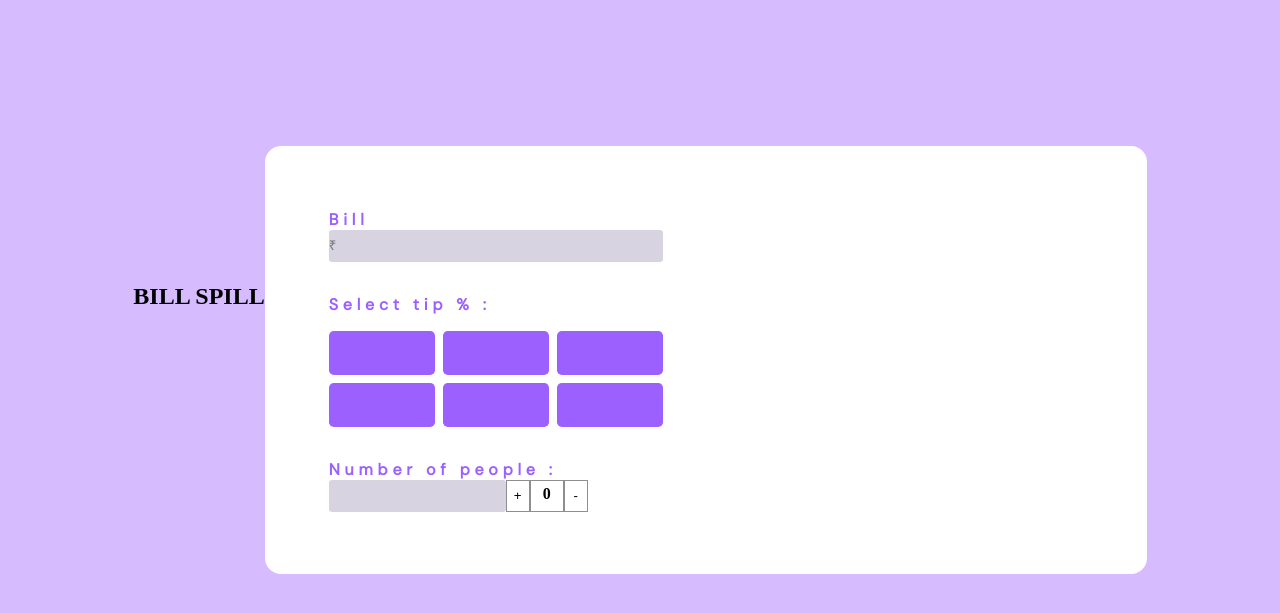
Repository: drumsmanku/micro-project-3
Page: index.html
The author's editor kept a copy of each file at every save. The page is drawn from the files as they stood at one save, then again after the next save.
The browser window is 1280 px wide. The pictures show the whole page.

Above is the page before, as saved 2023-04-17 18:19:56.

After the next save:
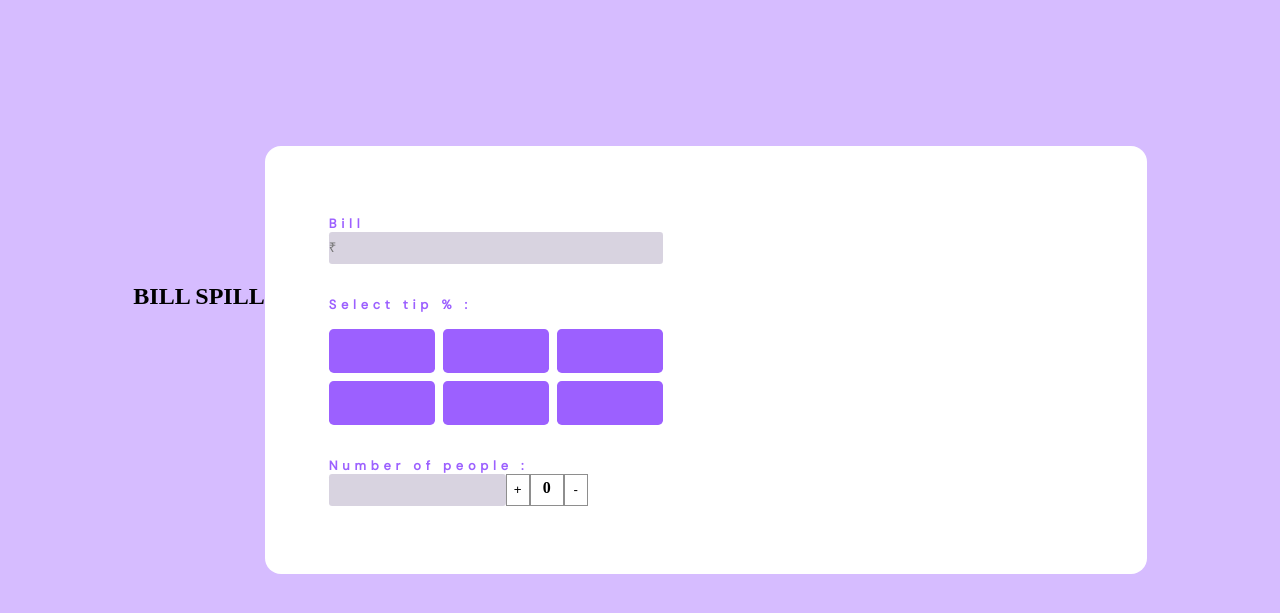
Saved 10 s later.
--- a/styles.css
+++ b/styles.css
@@ -82,7 +82,7 @@ input{
 }
 label{
   color: #9C60FF;
-  font-size: 1rem;
+  font-size: 0.8rem;
   font-family: 'DM Sans';
   font-weight: bold;
   letter-spacing: 0.3rem;
